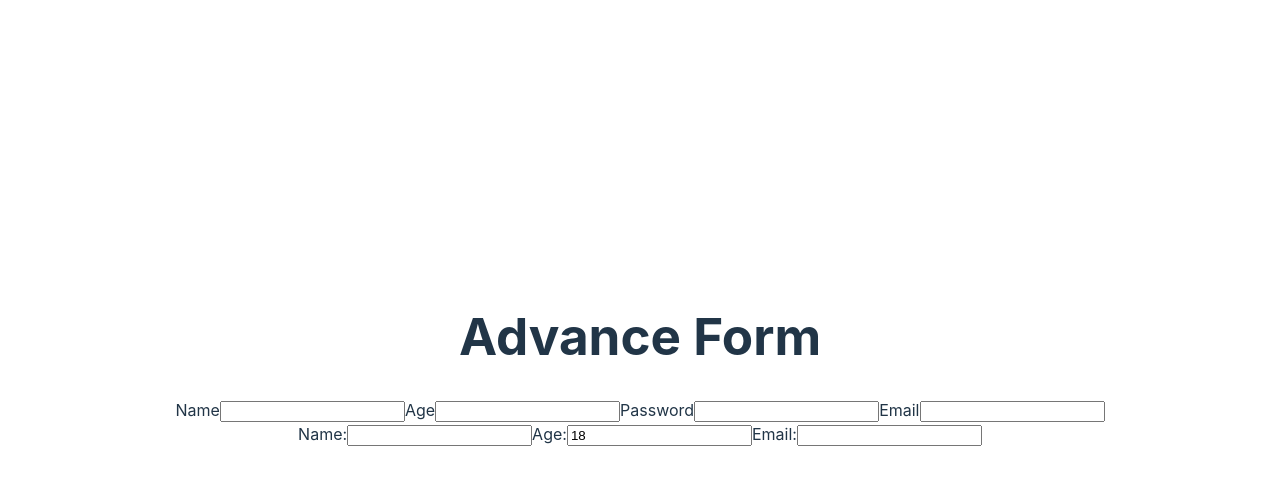
Repository: Aakash20bhatt/LearnReact
Page: / (app in Tut2/my-app/)
The author's editor kept a copy of each file at every save. The page is drawn from the files as they stood at one save, then again after the next save.
The browser window is 1280 px wide. The pictures show the whole page.
The project was rebuilt for these pictures with package versions that can differ from the ones it lists, and the page was loaded fresh each time. Also part of the build but not shown: Tut2/my-app/vite.config.js, Tut2/my-app/src/Components/Header.jsx, Tut2/my-app/src/Components/UserProfile.jsx, Tut2/my-app/src/Components/Button.jsx, Tut2/my-app/src/Components/Counter.jsx.

Above is the page before, as saved 2024-07-24 20:07:56.

After the next save:
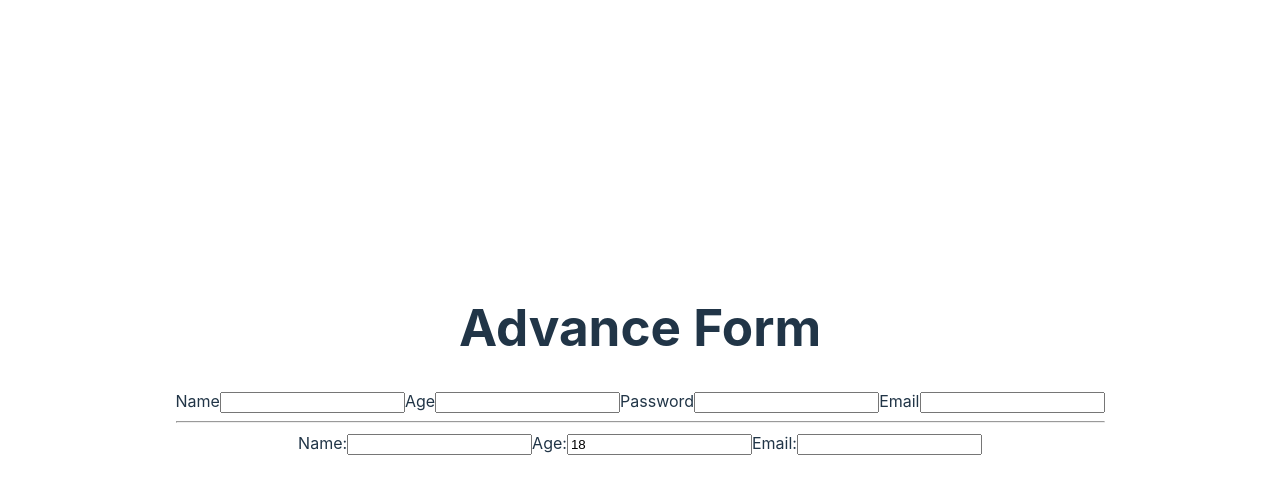
Saved 12 s later.
--- a/Tut2/my-app/src/App.jsx
+++ b/Tut2/my-app/src/App.jsx
@@ -20,7 +20,7 @@ function App() {
   return (
     <>
       <AdvanceForm/>
-      <br />
+      <hr />
       <Form/>
       {/* <Header/>
       <Button/>
